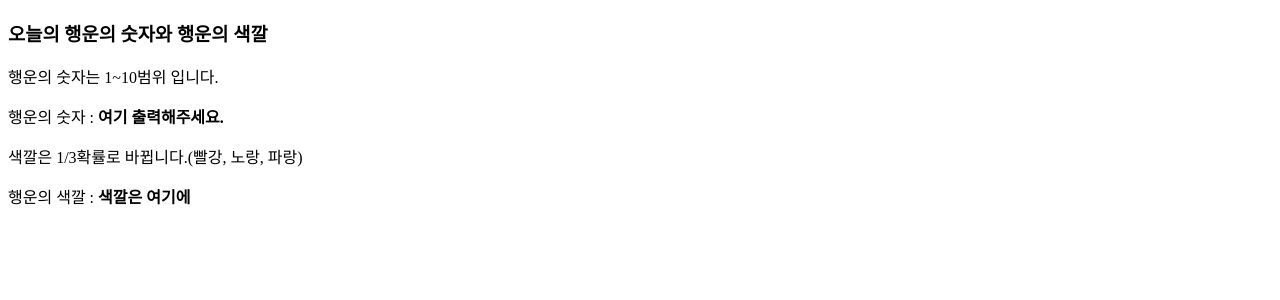
Repository: eyonghwan/jsp_practice
Page: http://localhost/JSPBasic/JspTag/TagQ01.jsp
The author's editor kept a copy of each file at every save. The page is drawn from the files as they stood at one save, then again after the next save.
The browser window is 1280 px wide. The pictures show the whole page.
The page is served by Tomcat 9.

Above is the page before, as saved 2022-01-28 05:17:34.

### JSPBasic/src/main/webapp/JspTag/TagQ01.jsp
<%@ page language="java" contentType="text/html; charset=UTF-8"
    pageEncoding="UTF-8"%>
<!DOCTYPE html>
<html>
<head>
<meta charset="UTF-8">
<title>Insert title here</title>
</head>
<body>
<%@ page import="java.util.*" %>
<%!
	// Declaration 내부에
	// 1~10 범위의 난수를 리턴하는 메서드
	// ㅑint randomNumber() 를 선언해주세요.
	int randomNumber() {
		// 정수 1~10까지 발생시켜서 리턴하도록 로직 작성
		Random r = new Random();
		return 	(r.nextInt(10)) + 1;
	}
%>
	<h3>오늘의 행운의 숫자와 행운의 색깔</h3>
	<p>행운의 숫자는 1~10범위 입니다.</p>
	<p>행운의 숫자 : <b>여기 출력해주세요.</b></p>
	<p>색깔은 1/3확률로 바뀝니다.(빨강, 노랑, 파랑)</p>
	<p>행운의 색깔 : <b>색깔은 여기에</b></p>
</body>
</html>

After the next save:
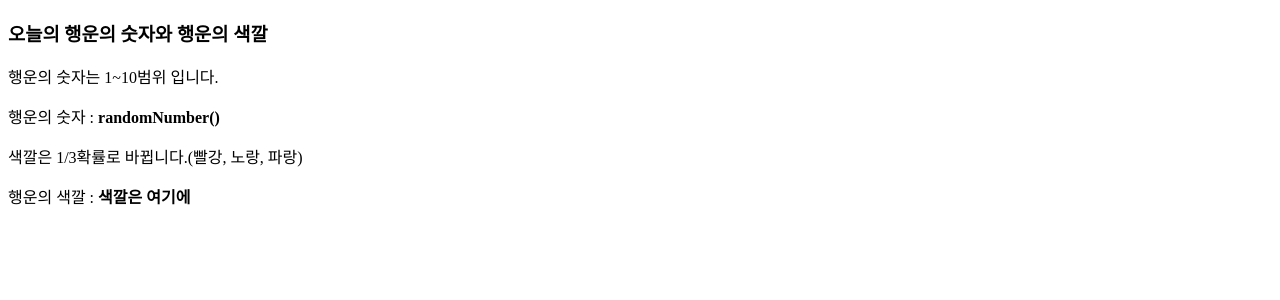
Saved 12 s later.
--- a/JSPBasic/src/main/webapp/JspTag/TagQ01.jsp
+++ b/JSPBasic/src/main/webapp/JspTag/TagQ01.jsp
@@ -20,7 +20,7 @@
 %>
 	<h3>오늘의 행운의 숫자와 행운의 색깔</h3>
 	<p>행운의 숫자는 1~10범위 입니다.</p>
-	<p>행운의 숫자 : <b>여기 출력해주세요.</b></p>
+	<p>행운의 숫자 : <b>randomNumber()</b></p>
 	<p>색깔은 1/3확률로 바뀝니다.(빨강, 노랑, 파랑)</p>
 	<p>행운의 색깔 : <b>색깔은 여기에</b></p>
 </body>
